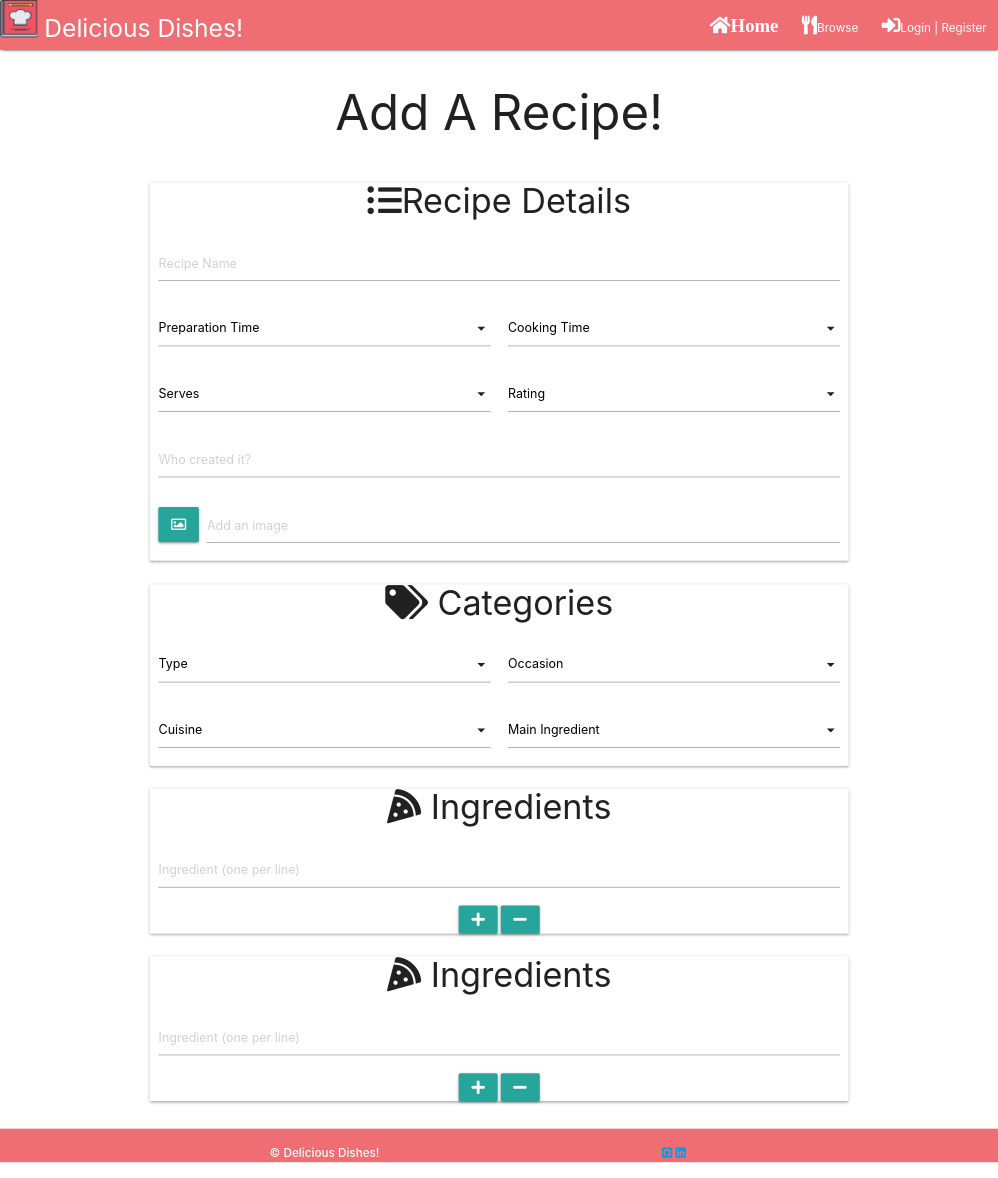
Repository: hebs87/cookbook-milestone-project-three
Page: templates/add_recipe.html
The author's editor kept a record of every edit. The page is drawn from the files as they stood at one moment, then again after the next edit.
The browser window is 1280 px wide. The pictures show the whole page, at 78% of full size.
Some web libraries are served in a nearby version. The page is served by the project's application, run on Flask 3 (app.py). The template is opened directly, without the code that normally fills it, so the values that code supplies are empty.

Above is the page before.

After the next edit:
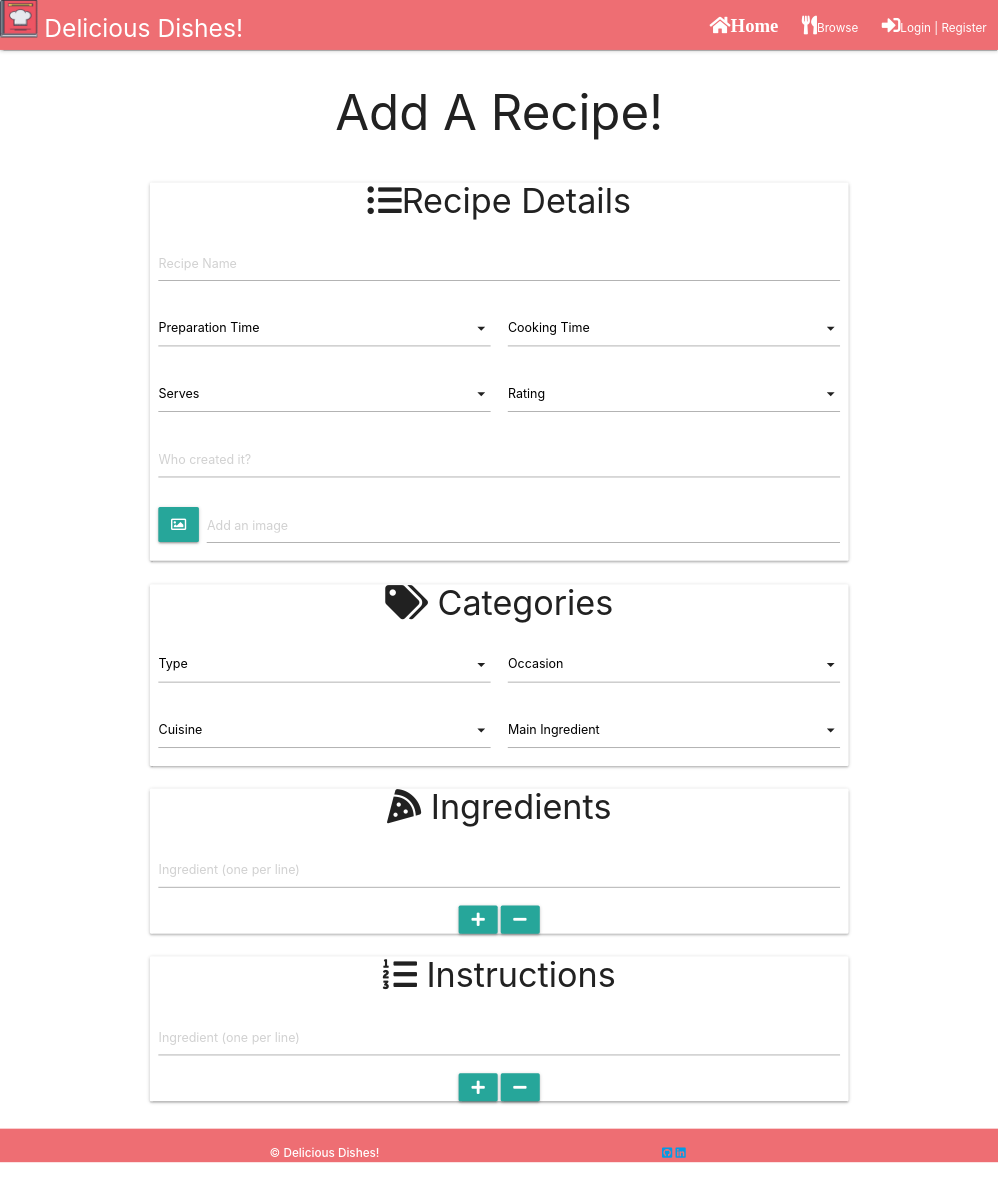
The edit:
--- a/templates/add_recipe.html
+++ b/templates/add_recipe.html
@@ -121,7 +121,7 @@
         <!--Cooking Instructions Card-->
         <div class="row card z-depth-1">
             <!--Card Title-->
-            <h3><i class="fas fa-pizza-slice"></i> Ingredients</h3>
+            <h3><i class="fas fa-list-ol"></i> Instructions</h3>
             <!--Ingredient Field-->
             <div class="input-field col s12">
                 <input id="ingredients" name="ingredients" type="text" placeholder="Ingredient (one per line)" class="form-control validate" required>
